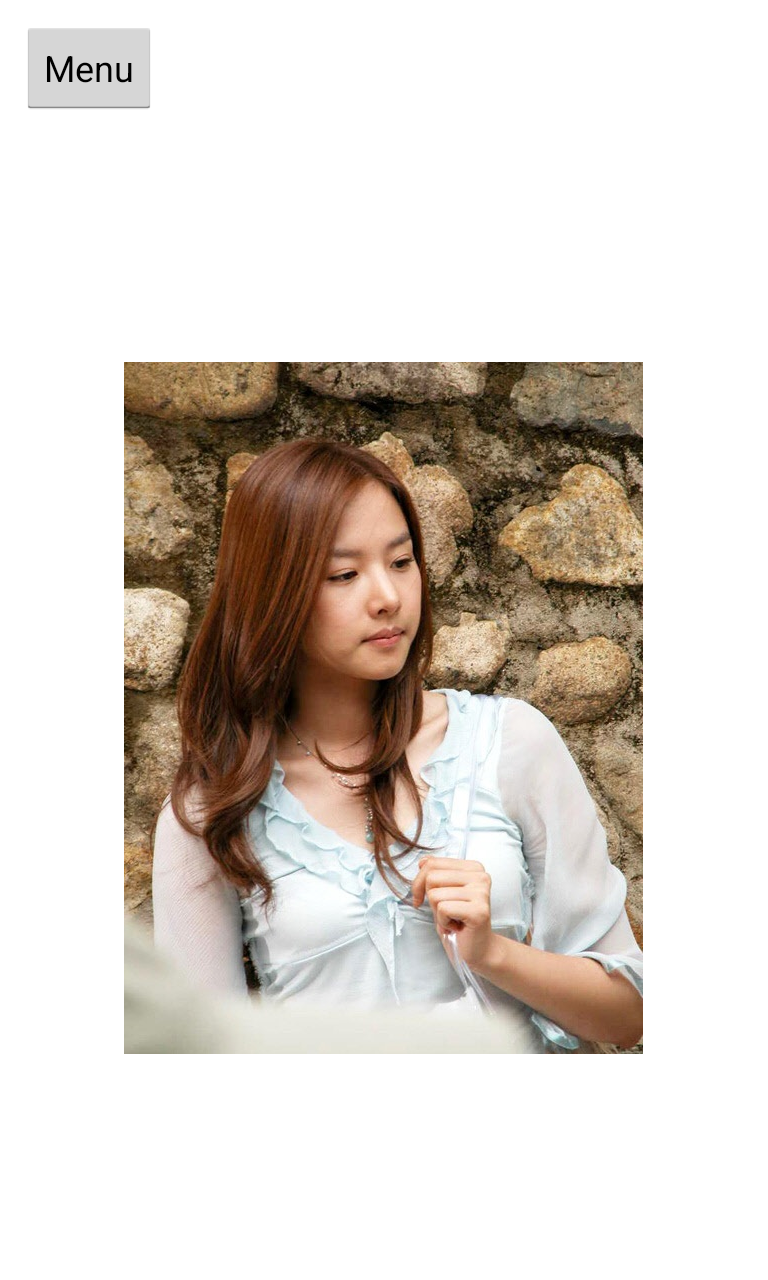
Repository: venusgo/movieClient
Layout: movie_client/res/layout/activity_main.xml
These files come from the project's save history. The layout is drawn as it stood at one moment and after the next save; the edit follows.
It is drawn on a 768 x 1280 px phone screen (xhdpi) without system bars, with theme AppTheme; the app's code is not run.

Above is the layout before, as saved 2013-09-30 05:38:27.

### movie_client/res/layout/activity_main.xml
<LinearLayout xmlns:android="http://schemas.android.com/apk/res/android"
    xmlns:tools="http://schemas.android.com/tools"
    android:layout_width="fill_parent"
    android:layout_height="match_parent"
    android:orientation="vertical" >

    <FrameLayout
        android:layout_width="fill_parent"
        android:layout_height="match_parent"
        android:background="#ffffff"
        android:orientation="vertical" >

        <LinearLayout
            android:id="@+id/ll_menuLayout"
            android:layout_width="match_parent"
            android:layout_height="match_parent"
            android:background="#ff393c46"
            android:gravity="left"
            android:orientation="vertical"
            android:textColor="#ff000000" >

            <!-- include -->

            <include
                android:id="@+id/ic_leftslidemenu"
                android:layout_width="match_parent"
                android:layout_height="match_parent"
                layout="@layout/leftslidemenu" />
        </LinearLayout>

        <!-- slide layout -->

        <LinearLayout
            android:id="@+id/ll_mainlayout"
            android:layout_width="match_parent"
            android:layout_height="match_parent"
            android:background="#ffffffff"
            android:gravity="left"
            android:orientation="vertical" >

            <Button
                android:id="@+id/bt_left"
                android:layout_width="wrap_content"
                android:layout_height="wrap_content"
                android:layout_margin="10dp"
                android:text="Menu" />

            <ImageButton
                android:layout_width="match_parent"
                android:layout_height="match_parent"
                android:background="@android:color/transparent"
                android:src="@drawable/poster" />

        </LinearLayout>

    </FrameLayout>


    <FrameLayout
        android:layout_width="match_parent"
        android:layout_height="match_parent" >

        <LinearLayout
            android:id="@+id/ll_fragment"
            android:layout_width="match_parent"
            android:layout_height="wrap_content"
            android:orientation="vertical" >

        </LinearLayout>

        <LinearLayout
            android:id="@+id/ll_empty"
            android:layout_width="match_parent"
            android:layout_height="match_parent"
            android:background="@android:color/transparent"
            android:orientation="vertical" >

        </LinearLayout>

    </FrameLayout>

</LinearLayout>

### movie_client/res/layout/leftslidemenu.xml
<LinearLayout xmlns:android="http://schemas.android.com/apk/res/android"
    xmlns:tools="http://schemas.android.com/tools"
    android:layout_width="fill_parent"
    android:layout_height="match_parent"
    android:background="#994444cc"
    android:orientation="vertical"
    android:padding="10dp" >

    <Button
        android:id="@+id/btn1"
        android:layout_width="fill_parent"
        android:layout_height="wrap_content"
        android:text="Button 1 " />

    <Button
        android:id="@+id/btn2"
        android:layout_width="fill_parent"
        android:layout_height="wrap_content"
        android:text="Button 2 " />

    <Button
        android:id="@+id/btn3"
        android:layout_width="fill_parent"
        android:layout_height="wrap_content"
        android:text="Button 3 " />

    <Button
        android:id="@+id/btn4"
        android:layout_width="fill_parent"
        android:layout_height="wrap_content"
        android:text="Button 4 " />

</LinearLayout>

Loaded but not shown: movie_client/res/values/styles.xml (common file); movie_client/res/values-v11/styles.xml (common file); movie_client/res/values-v14/styles.xml (common file)

After the next save:
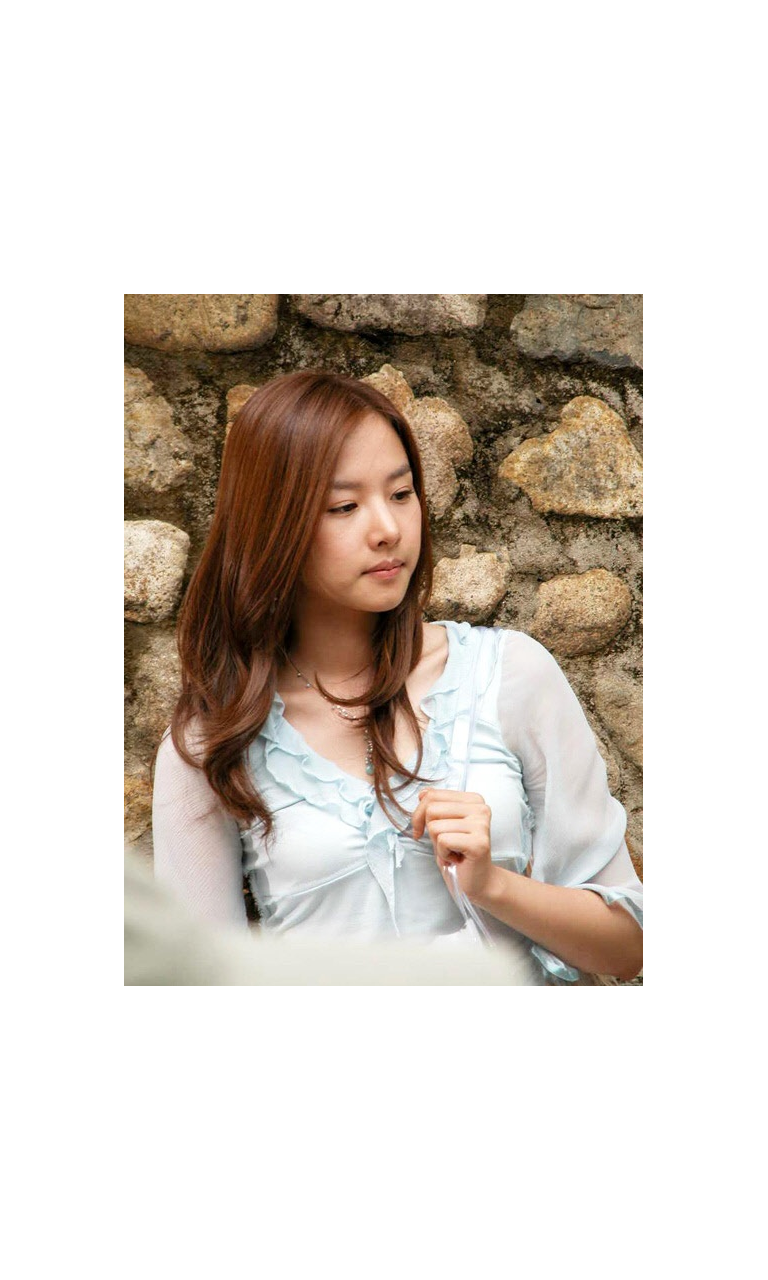
Saved 84 s later.
--- a/movie_client/res/layout/activity_main.xml
+++ b/movie_client/res/layout/activity_main.xml
@@ -38,6 +38,11 @@
             android:gravity="left"
             android:orientation="vertical" >
 
+            <ImageButton
+                android:layout_width="match_parent"
+                android:layout_height="match_parent"
+                android:background="@android:color/transparent"
+                android:src="@drawable/poster" />
             <Button
                 android:id="@+id/bt_left"
                 android:layout_width="wrap_content"
@@ -45,11 +50,6 @@
                 android:layout_margin="10dp"
                 android:text="Menu" />
 
-            <ImageButton
-                android:layout_width="match_parent"
-                android:layout_height="match_parent"
-                android:background="@android:color/transparent"
-                android:src="@drawable/poster" />
 
         </LinearLayout>
 

After the save that followed:
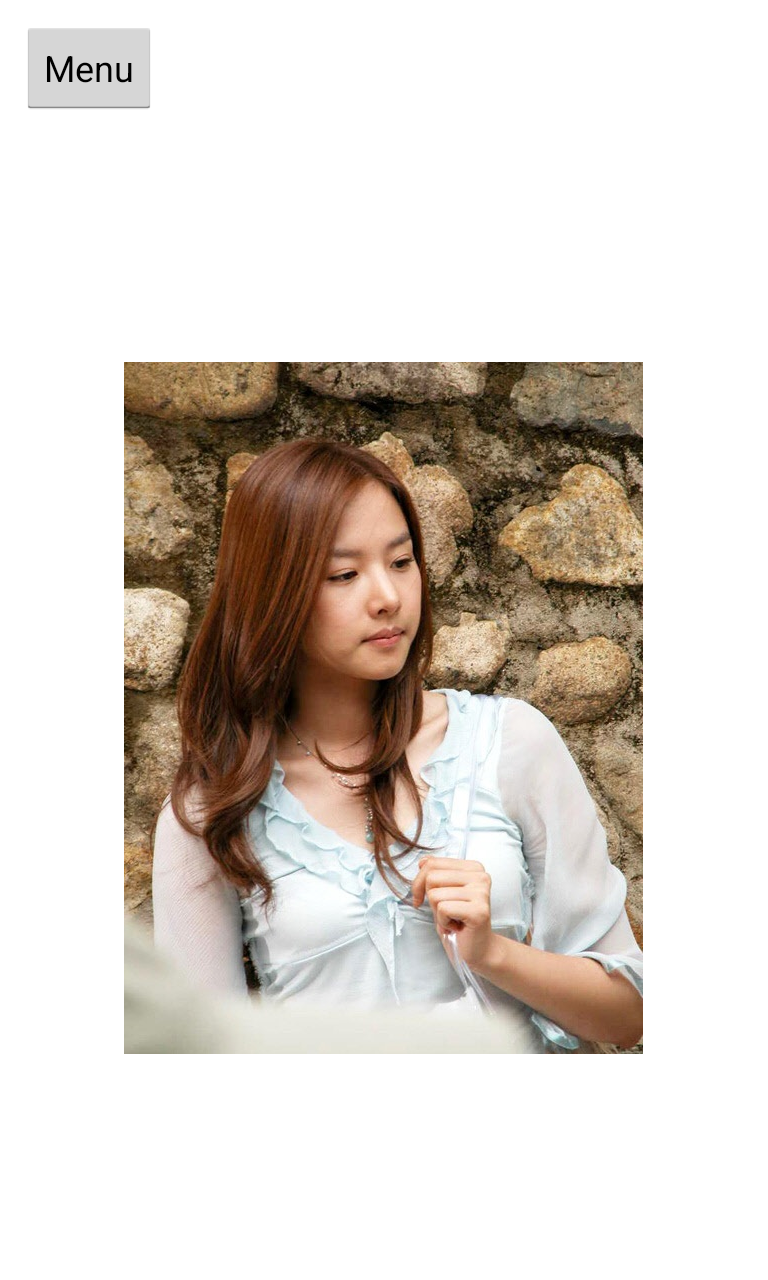
Saved 28 s later.
--- a/movie_client/res/layout/activity_main.xml
+++ b/movie_client/res/layout/activity_main.xml
@@ -38,11 +38,6 @@
             android:gravity="left"
             android:orientation="vertical" >
 
-            <ImageButton
-                android:layout_width="match_parent"
-                android:layout_height="match_parent"
-                android:background="@android:color/transparent"
-                android:src="@drawable/poster" />
             <Button
                 android:id="@+id/bt_left"
                 android:layout_width="wrap_content"
@@ -50,6 +45,11 @@
                 android:layout_margin="10dp"
                 android:text="Menu" />
 
+            <ImageButton
+                android:layout_width="match_parent"
+                android:layout_height="match_parent"
+                android:background="@android:color/transparent"
+                android:src="@drawable/poster" />
 
         </LinearLayout>
 
